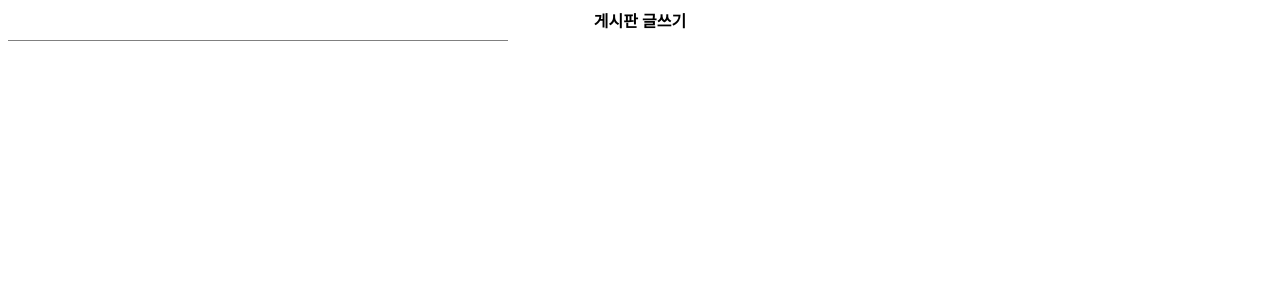
Repository: kalmia26/Capstone
Page: http://localhost/LectureSystem/write2.jsp
The author's editor kept a copy of each file at every save. The page is drawn from the files as they stood at one save, then again after the next save.
The browser window is 1280 px wide. The pictures show the whole page.
The page is served by Tomcat 9.

Above is the page before, as saved 2017-05-08 21:56:13.

After the next save:
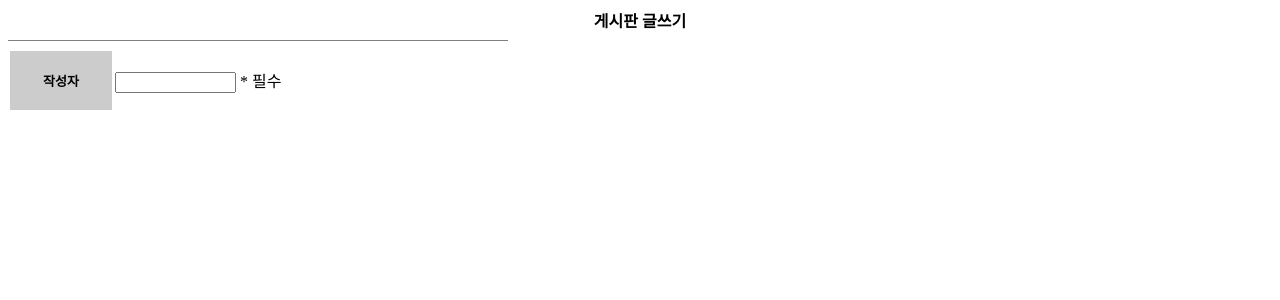
Saved 2 min 49 s later.
--- a/LectureSystem/WebContent/write2.jsp
+++ b/LectureSystem/WebContent/write2.jsp
@@ -42,8 +42,20 @@ Write.submit();
 		<td><hr size='1' noshade></td>
 	</tr>
 </table>
+
 <form Name='write1' action="write_input.jsp" Method='post' onsubmit="return Check()">
+	<table border='0' width='500' callpadding='2' cellspacing='2'>
+		<tr>
+			<td width='100' bgcolor='cccccc'>
+				<font size='2'><center><b>작성자</b></center></font>
+			</td>
+			<td>
+				<p><input type='text' size='12' name='name'> * 필수 </p>
+			</td>
+		</tr>
+	</table>
 
+</form>
 
 </body>
 </html>
